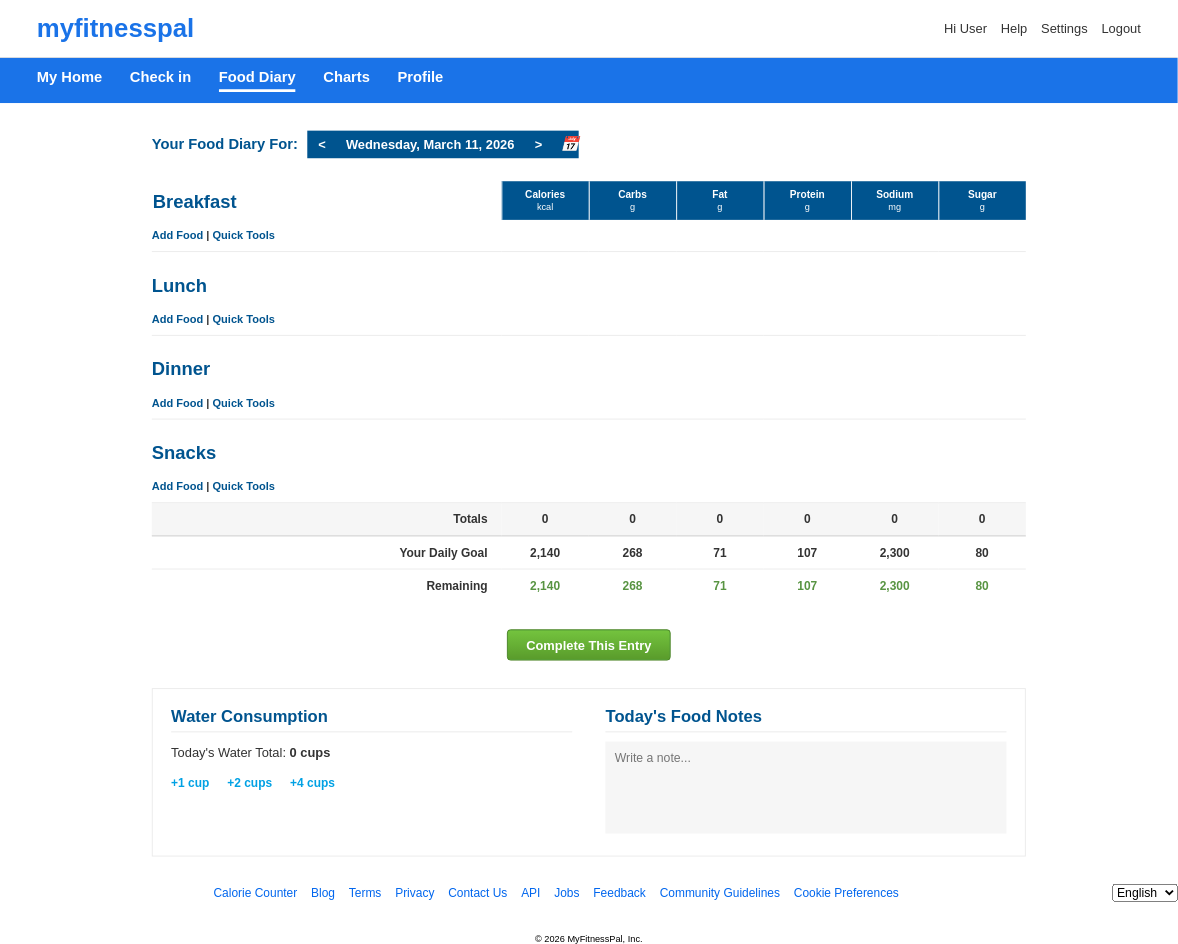
Repository: kem85/Web-Project
Page: Food-Diary.html
An editor plug-in stored every save of this project. The page is shown before and after the next save, followed by the edit.
The browser window is 1280 px wide. The pictures show the whole page, at 92% of full size.

Above is the page before, as saved 2026-03-11 15:12:27.

### Food-Diary.html
<!doctype html>
<html lang="en">
  <head>
    <meta charset="UTF-8" />
    <title>Fitness Tracker VY</title>

    <link rel="stylesheet" href="style.css" />
  </head>

  <body>
    <!-- HEADER -->

    <header class="header">
      <div class="logo">
        <h1><a href="index.html">myfitnesspal</a></h1>
      </div>

      <div class="user-section">
        <span>Hi <span id="username">User</span></span>

        <a href="#">Help</a>
        <a href="#">Settings</a>
        <a href="#">Logout</a>
      </div>
    </header>

    <!-- NAVBAR -->

    <nav class="navbar">
      <ul>
        <li><a href="index.html">My Home</a></li>
        <li><a href="Check-In.html">Check in</a></li>
        <li class="active"><a href="Food-Diary.html">Food Diary</a></li>
        <li>Charts</li>
        <li>Profile</li>
      </ul>
    </nav>

    <main class="diary-container">
      <header class="diary-header">
        <span>Your Food Diary For:</span>
        <div class="date-controls">
          <button>&lt;</button>
          <span class="current-date">Wednesday, March 11, 2026</span>
          <button>&gt;</button>
          <i class="calendar-icon">📅</i>
        </div>
      </header>

      <table class="dashboard">
        <thead>
          <tr>
            <th class="meal-col">Breakfast</th>
            <th>
              Calories <br />
              <small>kcal</small>
            </th>
            <th>
              Carbs <br />
              <small>g</small>
            </th>
            <th>
              Fat <br />
              <small>g</small>
            </th>
            <th>
              Protein <br />
              <small>g</small>
            </th>
            <th>
              Sodium <br />
              <small>mg</small>
            </th>
            <th>
              Sugar <br />
              <small>g</small>
            </th>
          </tr>
        </thead>

        <tbody>
          <tr class="action-row">
            <td><a href="#">Add Food</a> | <a href="#">Quick Tools</a></td>
            <td></td>
            <td></td>
            <td></td>
            <td></td>
            <td></td>
            <td></td>
          </tr>

          <tr class="section-header">
            <td colspan="7">Lunch</td>
          </tr>
          <tr class="action-row">
            <td><a href="#">Add Food</a> | <a href="#">Quick Tools</a></td>
            <td></td>
            <td></td>
            <td></td>
            <td></td>
            <td></td>
            <td></td>
          </tr>

          <tr class="section-header">
            <td colspan="7">Dinner</td>
          </tr>
          <tr class="action-row">
            <td><a href="#">Add Food</a> | <a href="#">Quick Tools</a></td>
            <td></td>
            <td></td>
            <td></td>
            <td></td>
            <td></td>
            <td></td>
          </tr>

          <tr class="section-header">
            <td colspan="7">Snacks</td>
          </tr>
          <tr class="action-row">
            <td><a href="#">Add Food</a> | <a href="#">Quick Tools</a></td>
            <td></td>
            <td></td>
            <td></td>
            <td></td>
            <td></td>
            <td></td>
          </tr>
        </tbody>

        <tfoot>
          <tr class="totals-row">
            <td class="label">Totals</td>
            <td>0</td>
            <td>0</td>
            <td>0</td>
            <td>0</td>
            <td>0</td>
            <td>0</td>
          </tr>
          <tr class="goal-row">
            <td class="label">Your Daily Goal</td>
            <td>2,140</td>
            <td>268</td>
            <td>71</td>
            <td>107</td>
            <td>2,300</td>
            <td>80</td>
          </tr>
          <tr class="remaining-row">
            <td class="label">Remaining</td>
            <td class="positive">2,140</td>
            <td class="positive">268</td>
            <td class="positive">71</td>
            <td class="positive">107</td>
            <td class="positive">2,300</td>
            <td class="positive">80</td>
          </tr>
        </tfoot>
      </table>

      <div class="complete-entry">
        <button class="btn-complete">Complete This Entry</button>
      </div>

      <section class="diary-widgets">
        <div class="water-consumption">
          <h3>Water Consumption</h3>
          <p>Today's Water Total: <strong>0 cups</strong></p>
          <div class="water-graphic"></div>
          <div class="quick-add">
            <button>+1 cup</button> <button>+2 cups</button>
            <button>+4 cups</button>
          </div>
        </div>

        <div class="food-notes">
          <h3>Today's Food Notes</h3>
          <textarea placeholder="Write a note..."></textarea>
        </div>
      </section>
    </main>

    <script src="script.js"></script>

    <footer class="main-footer">
      <div class="footer-container">
        <nav class="footer-links">
          <a href="#">Calorie Counter</a>
          <a href="#">Blog</a>
          <a href="#">Terms</a>
          <a href="#">Privacy</a>
          <a href="#">Contact Us</a>
          <a href="#">API</a>
          <a href="#">Jobs</a>
          <a href="#">Feedback</a>
          <a href="#">Community Guidelines</a>
          <a href="#">Cookie Preferences</a>
        </nav>

        <div class="footer-lang">
          <select>
            <option>English</option>
            <option>Español</option>
          </select>
        </div>
      </div>
      <div class="footer-copyright">© 2026 MyFitnessPal, Inc.</div>
    </footer>
  </body>
</html>

### style.css
/* =======================
   GENERAL STYLES
======================= */

body {
  font-family: Arial, sans-serif;
  margin: 0;
  background: #ffffff; /* Changed from #f5f5f5 */
  color: #333;
}

a{
text-decoration:none;
color:inherit;
}



/* =======================
   HEADER
======================= */

.header{
display:flex;
justify-content:space-between;
align-items:center;
padding:15px 40px;
background:white;
border-bottom:1px solid #ddd;
}

.logo h1{
color:#1a73e8;
margin:0;
font-size:28px;
}

.logo a{
text-decoration:none;
color:#1a73e8;
cursor:pointer;
}

.logo a:hover{
opacity:0.8;
}

.user-section{
display:flex;
align-items:center;
gap:15px;
font-size:14px;
}



/* =======================
   NAVBAR
======================= */

.navbar{
background:#1a73e8;
padding:12px 40px;
}

.navbar ul{
display:flex;
gap:30px;
list-style:none;
margin:0;
padding:0;
}

.navbar li{
color:white;
font-weight:bold;
cursor:pointer;
}

.navbar li:hover{
opacity:0.8;
}


/* navbar links */

.navbar a{
color:white;
text-decoration:none;
}

/* hover effect */

.navbar li:hover{
opacity:0.8;
cursor:pointer;
}

/* active page */

.navbar .active{
border-bottom:3px solid white;
padding-bottom:4px;
}


/* =======================
   PAGE TITLE
======================= */



.user-img{
width:50px;
height:50px;
border-radius:50%;
}

/* =========================================
   GENERAL MAIN CONTAINER
   ========================================= */
.diary-container {
  max-width: 950px;
  margin: 30px auto;
  font-family: Arial, Helvetica, sans-serif;
  color: #333;
}

/* =========================================
   DATE SELECTOR HEADER
   ========================================= */
.diary-header {
  display: flex;
  align-items: center;
  margin-bottom: 25px;
}

.diary-header > span {
  color: #00548f;
  font-weight: bold;
  font-size: 16px;
  margin-right: 10px;
}

.date-controls {
  display: flex;
  align-items: center;
  background-color: #00548f;
  color: white;
  height: 30px;
}

.date-controls button {
  background-color: transparent;
  color: white;
  border: none;
  cursor: pointer;
  padding: 0 12px;
  font-size: 14px;
  font-weight: bold;
}

.date-controls button:hover {
  background-color: #003d6b;
}

.date-controls .current-date {
  font-weight: bold;
  font-size: 14px;
  padding: 0 10px;
}

.date-controls .calendar-icon {
  height: 20px;
  margin-left: 8px;
  cursor: pointer;
  vertical-align: middle;
}

/* =========================================
   MAIN FOOD TABLE (.dashboard) - FIXED LAYOUT
   ========================================= */
.dashboard {
  display: table !important; /* Forces table layout */
  width: 100%;
  border-collapse: collapse;
  margin-bottom: 20px;
}

/* Force standard table behavior */
.dashboard thead { display: table-header-group !important; }
.dashboard tbody { display: table-row-group !important; }
.dashboard tfoot { display: table-footer-group !important; }
.dashboard tr { display: table-row !important; }
.dashboard th, .dashboard td { display: table-cell !important; }

/* Enforce precise column widths */
.dashboard th:first-child,
.dashboard td:first-child {
  width: 40%;
  text-align: left;
}

.dashboard th:not(:first-child),
.dashboard td:not(:first-child) {
  width: 10%;
  text-align: center;
}

/* Breakfast Header */
.dashboard thead th.meal-col {
  color: #00548f;
  font-size: 20px;
  font-weight: bold;
  vertical-align: bottom;
  padding-bottom: 8px;
}

/* Blue Macro Headers (Calories, Carbs, Fat, etc.) */
.dashboard thead th:not(.meal-col) {
  background-color: #00548f;
  color: white;
  text-align: center;
  font-size: 11px;
  font-weight: bold;
  padding: 8px 0;
  border-left: 1px solid #fff;
  vertical-align: middle;
  line-height: 1.2;
}

.dashboard thead th small {
  font-weight: normal;
  font-size: 10px;
}

/* Lunch, Dinner, Snacks Headers */
.section-header td {
  color: #00548f;
  font-size: 20px;
  font-weight: bold;
  padding: 25px 0 8px 0;
  border-bottom: none;
  text-align: left;
}

/* Action Rows (Add Food | Quick Tools) */
.action-row td {
  padding: 10px 0;
  border-bottom: 1px solid #eaeaea;
}

.action-row td:first-child {
  font-size: 12px;
  font-weight: bold;
  text-align: left;
}

.action-row a {
  color: #00548f;
  text-decoration: none;
  font-weight: bold;
}

.action-row a:hover {
  text-decoration: underline;
}

/* =========================================
   TABLE FOOTER (Totals & Goals)
   ========================================= */
.dashboard tfoot td {
  text-align: center;
  padding: 10px 5px;
  font-size: 13px;
  font-weight: bold;
}

.dashboard tfoot .label {
  text-align: right;
  padding-right: 15px;
  color: #333;
}

.totals-row td {
  background-color: #f6f6f6;
  border-top: 1px solid #ccc;
  border-bottom: 1px solid #ccc;
}

.goal-row td {
  border-bottom: 1px solid #eaeaea;
}

.remaining-row td {
  color: #589442;
}

.remaining-row .label {
  color: #333;
}

.positive {
  color: #589442;
}
/* =========================================
   BUTTONS
   ========================================= */
.complete-entry {
  text-align: center;
  margin: 30px 0;
}

.btn-complete {
  background-color: #5cb85c;
  background-image: linear-gradient(to bottom, #74c43e, #599b2b);
  border: 1px solid #4a8222;
  color: white;
  padding: 8px 20px;
  font-size: 14px;
  font-weight: bold;
  border-radius: 4px;
  cursor: pointer;
}

.btn-complete:hover {
  background-image: linear-gradient(to bottom, #68b038, #508c26);
}

/* =========================================
   BOTTOM WIDGETS (Water & Notes)
   ========================================= */
.diary-widgets {
  display: flex;
  justify-content: space-between;
  border: 1px solid #eaeaea;
  padding: 20px;
  margin-top: 30px;
}

.water-consumption, .food-notes {
  width: 48%;
}

.diary-widgets h3 {
  color: #00548f;
  font-size: 18px;
  margin-top: 0;
  margin-bottom: 10px;
  border-bottom: 1px solid #eaeaea;
  padding-bottom: 5px;
}

.water-consumption p {
  font-size: 14px;
  margin-bottom: 15px;
}

.quick-add button {
  color: #00a1e4;
  background: none;
  border: none;
  font-size: 13px;
  font-weight: bold;
  cursor: pointer;
  padding: 0;
  margin-right: 15px;
}

.quick-add button:hover {
  text-decoration: underline;
}

.food-notes textarea {
  width: 100%;
  height: 100px;
  background-color: #f6f6f6;
  border: none;
  padding: 10px;
  box-sizing: border-box;
  resize: none;
  font-family: Arial, Helvetica, sans-serif;
  color: #333;
}


/*Footer*/
.main-footer {
    height:100%;
    width: 100%;
}
.footer-container {
    display: flex;
    align-items: center;
    width: 100%;
}

.footer-links {
    flex: 1;
    display: flex;
    flex-wrap: wrap;
    justify-content: center;
    gap: 15px;

}

.footer-links a {
    color: #0066ee;
    text-decoration: none;
    font-size: 13px;
}

.footer-links a:hover {
    opacity: 0.8;
}
.footer-copyright {
    text-align: center;
    color: black;
    font-size: 10px;
    margin-top: 35px;
}
.footer-lang {
    margin-left: auto;
}

Loaded but not shown: index/script.js (no copy from this time; the picture is the same without it)

After the next save:
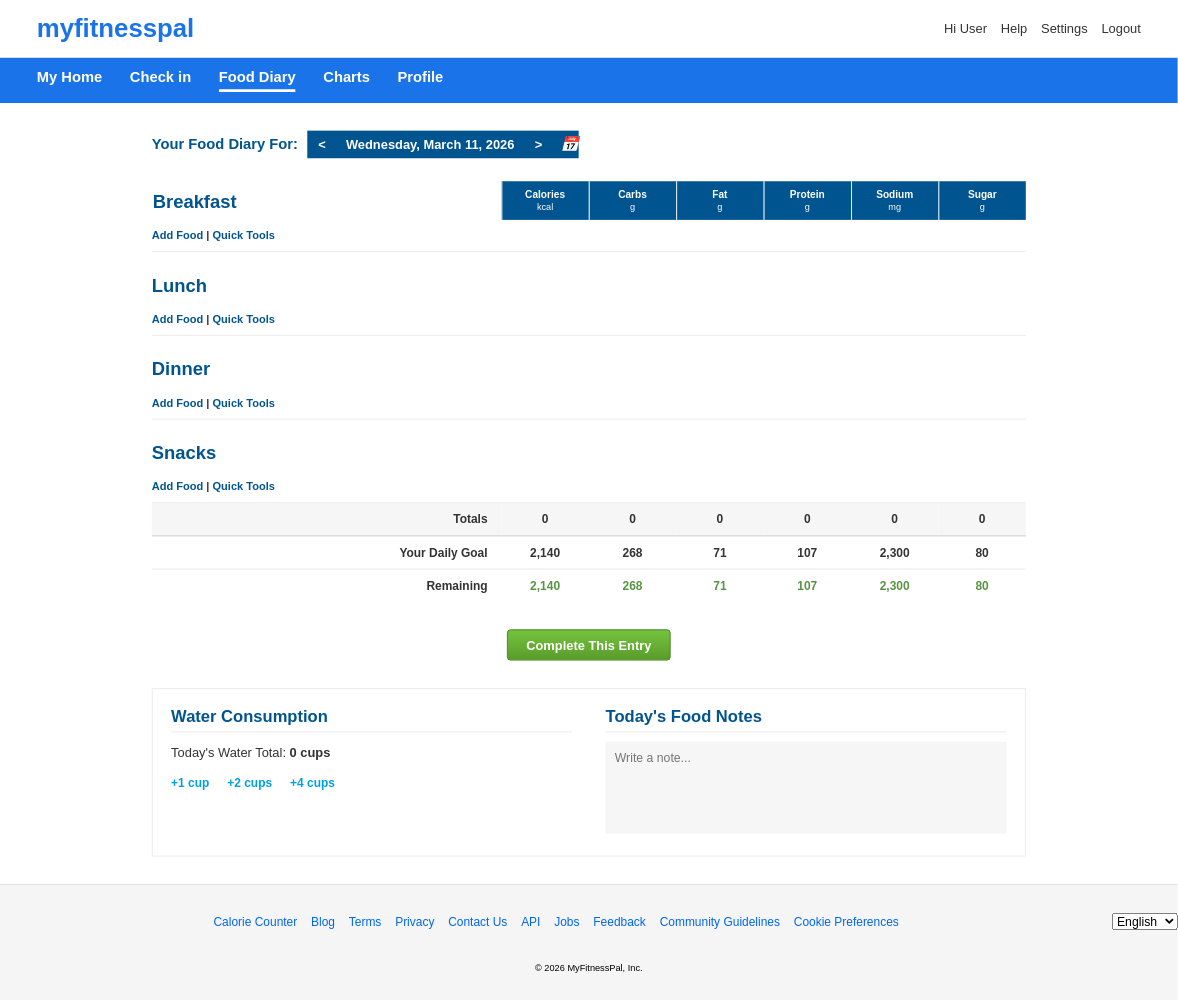
Saved 10 s later.
--- a/style.css
+++ b/style.css
@@ -386,8 +386,11 @@
 
 /*Footer*/
 .main-footer {
-    height:100%;
-    width: 100%;
+  height: 100%;
+  width: 100%;
+  background-color: #f5f5f5; /* Add this */
+  padding: 30px 0; /* Add this for spacing */
+  border-top: 1px solid #ddd; /* Add this for the dividing line */
 }
 .footer-container {
     display: flex;
